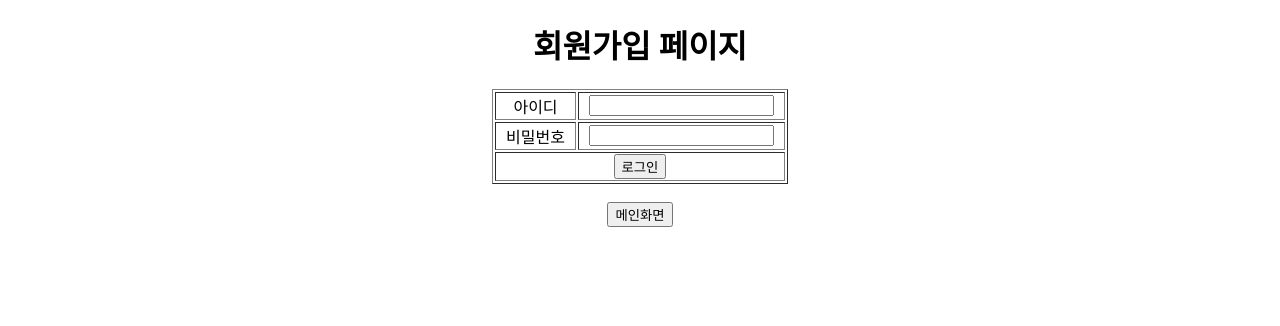
Repository: jjuhye/JSPWorkspace
Page: http://localhost/basic/05_memberLogin/03_11_joinForm.jsp
The author's editor kept a copy of each file at every save. The page is drawn from the files as they stood at one save, then again after the next save.
The browser window is 1280 px wide. The pictures show the whole page.
The page is served by Tomcat 9. Other server files are loaded and not shown.

Above is the page before, as saved 2023-02-23 03:44:49.

### basic/src/main/webapp/05_memberLogin/03_11_joinForm.jsp
<%@ page language="java" contentType="text/html; charset=UTF-8"
    pageEncoding="UTF-8"%>
<!DOCTYPE html>
<html>
<head>
<meta charset="UTF-8">
<title>회원가입</title>
<link rel="stylesheet" href="./member.css">
</head>
<body>

<div align="center">
	<h1> 회원가입 페이지 </h1>

	<form action="03_12_joinPro.jsp" method="post">
		<table border="1">
		    <tr>
				<td>아이디</td>
		        <td><input type="text" name="loginId"></td>
		    </tr>
		    <tr>
		        <td>비밀번호</td>
		        <td><input type="text" name="loginPw"></td>
		    </tr>
		    <tr>
		    <td colspan="2"><input type="submit" value="로그인"/></td>
		    </tr>
		</table>
		<br>
		<input type="submit" value="메인화면" formaction="02_main.jsp"/>
	</form>
</div>
</body>
</html>

### basic/src/main/webapp/05_memberLogin/member.css
@charset "UTF-8";

/* table{
	text-align: center;
} */

/* tr:nth-child(1){
	background-color:lightgray;
	font-weight: bold;
} */

td{
	padding: 1px 10px;
	text-align:center;
}

After the next save:
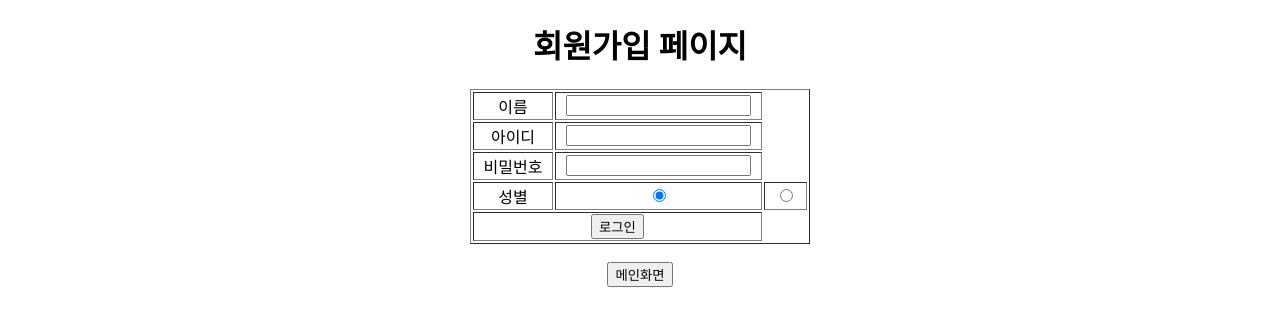
Saved 6 min 12 s later.
--- a/basic/src/main/webapp/05_memberLogin/03_11_joinForm.jsp
+++ b/basic/src/main/webapp/05_memberLogin/03_11_joinForm.jsp
@@ -15,12 +15,21 @@
 	<form action="03_12_joinPro.jsp" method="post">
 		<table border="1">
 		    <tr>
+				<td>이름</td>
+		        <td><input type="text" name="newName"></td>
+		    </tr>
+		    <tr>
 				<td>아이디</td>
-		        <td><input type="text" name="loginId"></td>
+		        <td><input type="text" name="newId"></td>
 		    </tr>
 		    <tr>
 		        <td>비밀번호</td>
-		        <td><input type="text" name="loginPw"></td>
+		        <td><input type="text" name="newPw"></td>
+		    </tr>
+		    <tr>
+		        <td>성별</td>
+		        <td><input type="radio" name="newGen" checked></td>
+		        <td><input type="radio" name="newGen"></td>
 		    </tr>
 		    <tr>
 		    <td colspan="2"><input type="submit" value="로그인"/></td>
